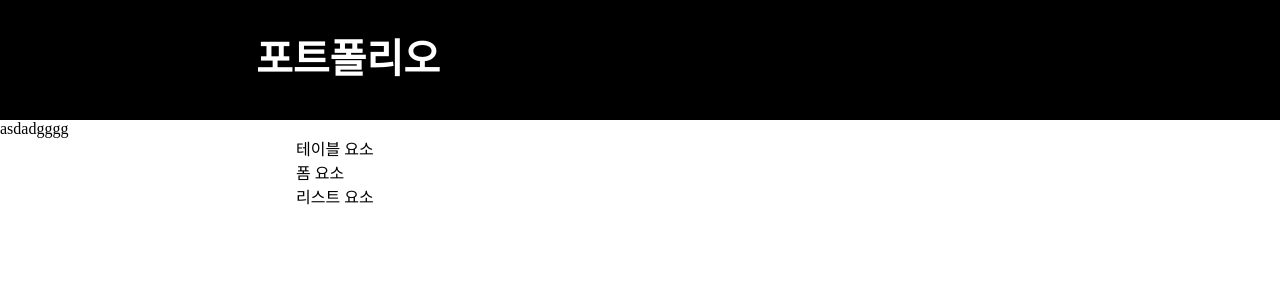
Repository: ItChoi/CSS-Study
Page: Css/WebContent/html/boostcourse/project-A1/portfolio.html
These files come from the project's save history. The page is drawn as it stood at one moment and after the next save; the edit follows.
The browser window is 1280 px wide. The pictures show the whole page.

Above is the page before, as saved 2019-06-18 09:34:52.

### Css/WebContent/html/boostcourse/project-A1/portfolio.html
<!DOCTYPE html>
<html>
<head>
	<link href="../../../css/boostcourse/project-A1/portfolio.css" rel="stylesheet" type="text/css">

</head>
<body>
	<div class="wrap">

		<div class="header">

		</div>

		<div class="content">

			<div class="con_header">
				<p class="title">포트폴리오</p>
			</div>

			<div class="con_content">

				<div class="button_list">
					<ul>
						<li class="button_elements">테이블 요소</li>
						<li class="button_elements">폼 요소</li>
						<li class="button_elements">리스트 요소</li>
					</ul>
				</div>

			</div>

		</div>

		<div class="footer">
		asdadgggg
		</div>


	</div>

</body>
</html>

### Css/WebContent/css/boostcourse/project-A1/portfolio.css
html, body, .wrap {
	margin: 0px;
	padding: 0px;
}

.header {
	width: 100%;
	height: 120px;
	background: #000;

	position: relative;

}

.content {
	position: absolute;
	top: 0;
	left: 20%;
	right: 20%;
	min-width: 1000px;
}

.con_header {
	height: 120px;
}

.title {
	margin: 0px;
	color: #fff;
	font-size: 40px;
	font-weight: bold;
	line-height: 120px;
}

.con_content {
	margin: 0 40 0 40;
}

ul {
	list-style: none;
}

/* .button_elements {
	float: left;
	border:  1px solid #d1d1d1;
	width: 30%;
} */

/* .button_elements:HOVER {
	background-color: #454545;
	font-weight: bold;
} */

After the next save:
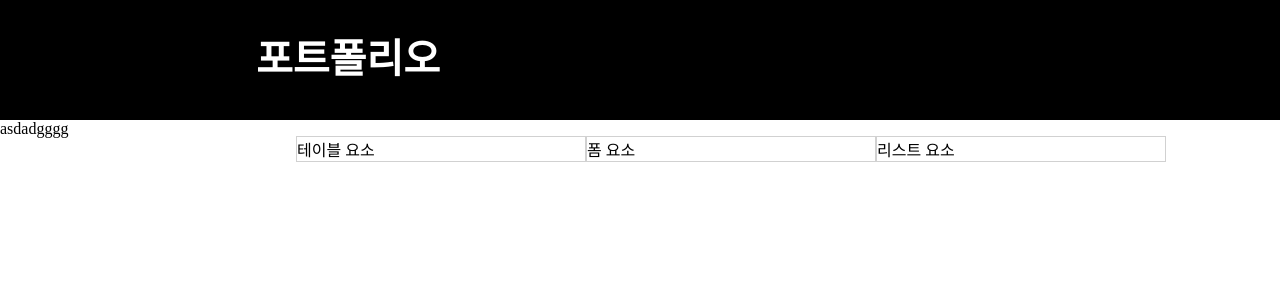
Saved 2 min 55 s later.
--- a/Css/WebContent/css/boostcourse/project-A1/portfolio.css
+++ b/Css/WebContent/css/boostcourse/project-A1/portfolio.css
@@ -40,13 +40,13 @@ ul {
 	list-style: none;
 }
 
-/* .button_elements {
+.button_elements {
 	float: left;
 	border:  1px solid #d1d1d1;
 	width: 30%;
-} */
+}
 
-/* .button_elements:HOVER {
+.button_elements:HOVER {
 	background-color: #454545;
 	font-weight: bold;
-} */
+}
